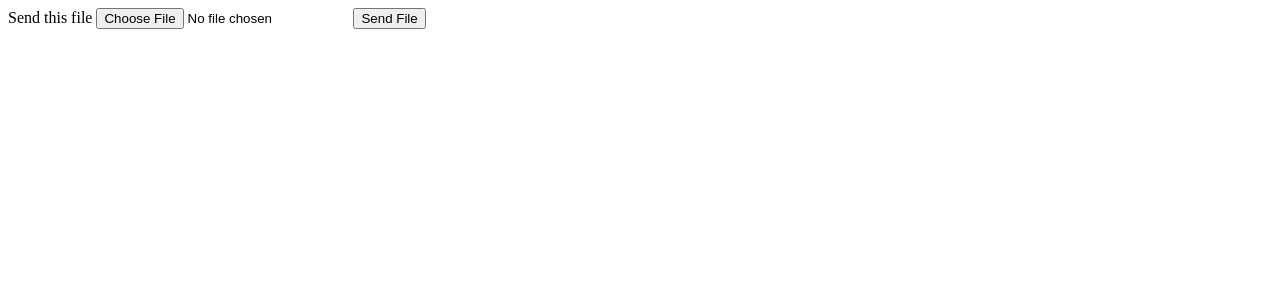
Repository: anhtu2110/backend
Page: http://localhost/backend/section-15-file/upload_files/index.php
These files come from the project's save history. The page is drawn as it stood at one moment and after the next save; the edit follows.
The browser window is 1280 px wide. The pictures show the whole page.
The page is run by PHP 8.4 with error messages shown; the project is at /var/www/html/.

Above is the page before, as saved 2022-12-12 17:05:32.

### section-15-file/upload_files/index.php
<!DOCTYPE html>
<html lang="en">

<head>
    <meta charset="UTF-8">
    <meta http-equiv="X-UA-Compatible" content="IE=edge">
    <meta name="viewport" content="width=device-width, initial-scale=1.0">
    <title>Tổng quan upload file lên server</title>
</head>

<body>
    <form action="upload.php" enctype="multipart/form-data" method="POST">
        <label for="file">Send this file</label>
        <input type="file" name="file" id="file">
        <input type="submit" value="Send File">
    </form>
</body>

</html>

After the next save:
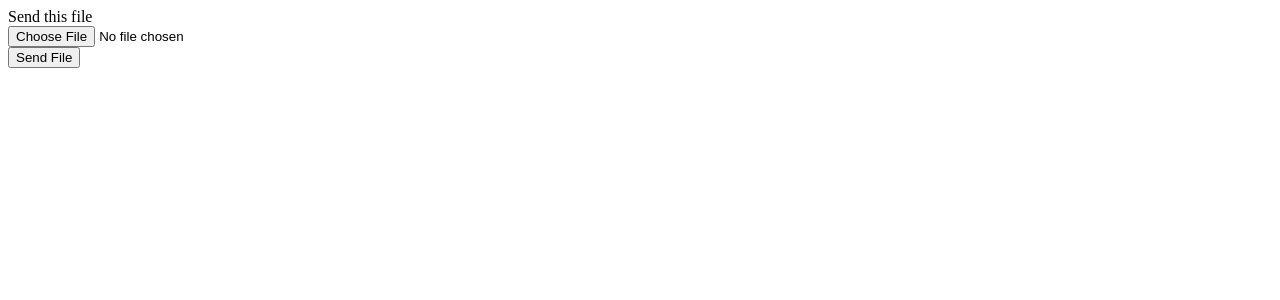
Saved 34 s later.
--- a/section-15-file/upload_files/index.php
+++ b/section-15-file/upload_files/index.php
@@ -10,8 +10,8 @@
 
 <body>
     <form action="upload.php" enctype="multipart/form-data" method="POST">
-        <label for="file">Send this file</label>
-        <input type="file" name="file" id="file">
+        <label for="file">Send this file</label> <br>
+        <input type="file" name="file" id="file"> <br>
         <input type="submit" value="Send File">
     </form>
 </body>
